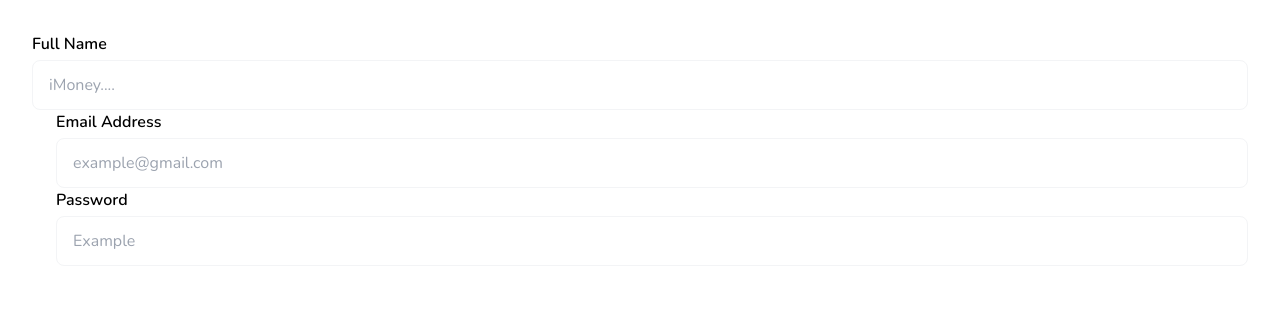
Repository: maixuanhieu/iMoney-VueJS
Page: /register
The author's editor kept a copy of each file at every save. The page is drawn from the files as they stood at one save, then again after the next save.
The browser window is 1280 px wide. The pictures show the whole page.
The project was rebuilt for these pictures with package versions that can differ from the ones it lists, and the page was loaded fresh each time.

Above is the page before, as saved 2021-11-18 11:37:40.

After the next save:
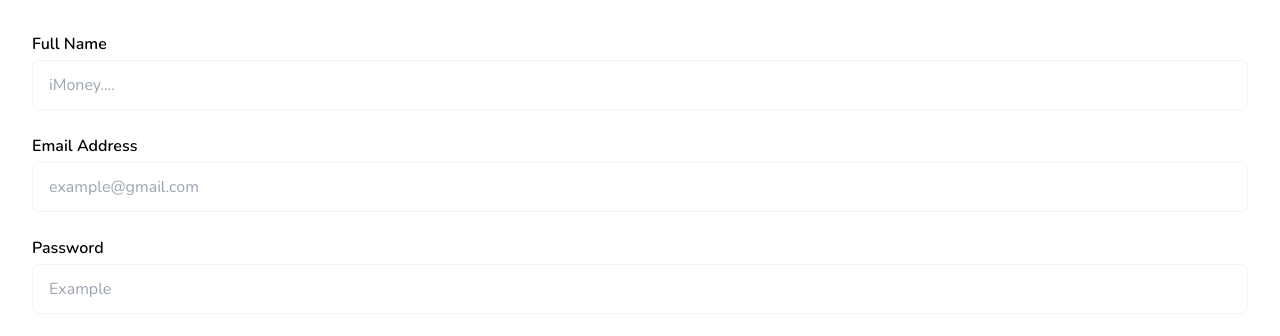
Saved 17 s later.
--- a/src/views/register.vue
+++ b/src/views/register.vue
@@ -1,7 +1,7 @@
 <template>
  <div class="mt-8">
    <div class="container mx-auto px-8">
-     <form class="flex-col space-x-6" @submit="onSubmit">
+     <form class="flex-col space-y-6" @submit="onSubmit">
        <div class="row">
          <label class="flex flex-col" for="fullName">
            <span class="font-semibold">Full Name</span>
